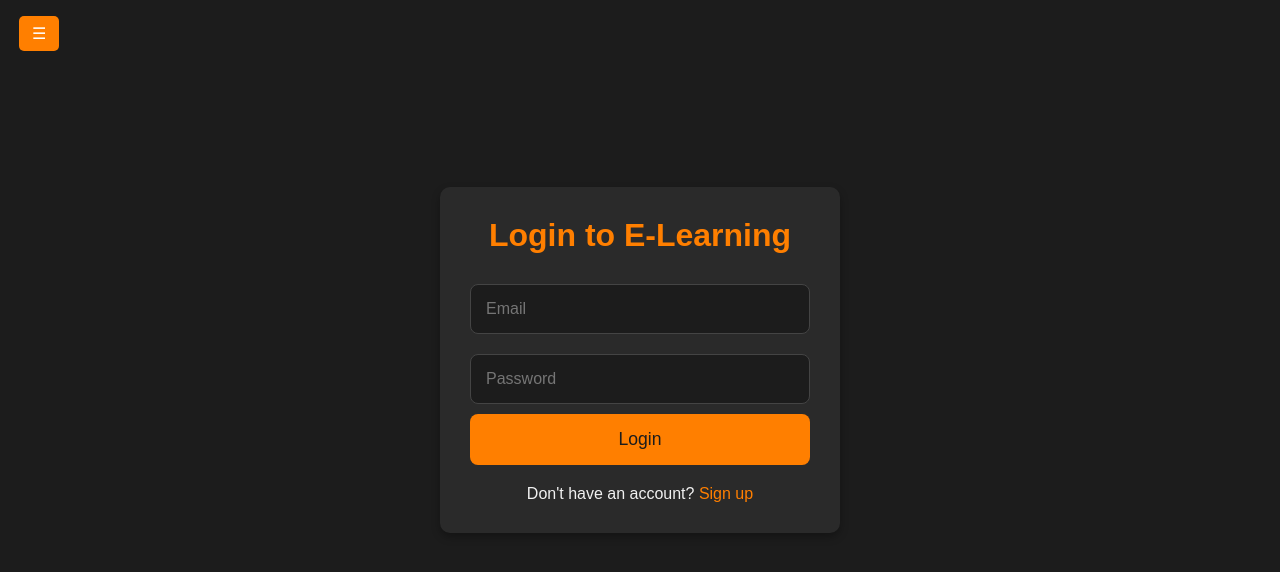
Repository: Syed1818/project
Page: login.html
An editor plug-in stored every save of this project. The page is shown before and after the next save, followed by the edit.
The browser window is 1280 px wide. The pictures show the whole page.

Above is the page before, as saved 2024-12-07 17:34:34.

### login.html
<!DOCTYPE html>
<html lang="en">
<head>
    <meta charset="UTF-8">
    <meta name="viewport" content="width=device-width, initial-scale=1.0">
    <title>Login - E-Learning Platform</title>
    <style>
        * {
            margin: 0;
            padding: 0;
            box-sizing: border-box;
        }

        body {
            font-family: 'Arial', sans-serif;
            background: #1c1c1c; /* Black background */
            display: flex;
            justify-content: center;
            align-items: center;
            height: 100vh;
            color: #f1f1f1;
            position: relative; /* Added for positioning sidebar */
        }

        .login-container {
            background: #2a2a2a; /* Dark gray background */
            padding: 30px;
            width: 400px;
            border-radius: 10px;
            box-shadow: 0 4px 8px rgba(0, 0, 0, 0.3);
            text-align: center;
            z-index: 1; /* Ensure the login container is above the sidebar */
        }

        h2 {
            margin-bottom: 20px;
            font-size: 2rem;
            color: #ff7f00; /* Orange color */
        }

        input[type="text"], input[type="password"] {
            width: 100%;
            padding: 15px;
            margin: 10px 0;
            border: 1px solid #444;
            border-radius: 8px;
            font-size: 1rem;
            background-color: #1c1c1c; /* Dark input background */
            color: #f1f1f1; /* Light text color */
            transition: all 0.3s ease;
        }

        input[type="text"]:focus, input[type="password"]:focus {
            border-color: #ff7f00; /* Orange color on focus */
            outline: none;
            box-shadow: 0 0 5px rgba(255, 127, 0, 0.5);
        }

        button {
            width: 100%;
            padding: 15px;
            background-color: #ff7f00; /* Orange background */
            color: #1c1c1c; /* Black text */
            border: none;
            border-radius: 8px;
            font-size: 1.1rem;
            cursor: pointer;
            transition: background-color 0.3s ease;
        }

        button:hover {
            background-color: #e56d00; /* Darker orange */
        }

        .form-footer {
            margin-top: 20px;
        }

        .form-footer a {
            color: #ff7f00; /* Orange link color */
            text-decoration: none;
            font-size: 1rem;
        }

        .form-footer a:hover {
            text-decoration: underline;
        }

        /* Sidebar Styling */
        .sidebar {
            width: 200px;
            height: 100vh;
            background-color: #333;
            color: white;
            position: absolute;
            top: 0;
            left: 0;
            display: flex;
            flex-direction: column;
            justify-content: start;
            padding-top: 3.3rem;
            transform: translateX(-100%);
            transition: transform 0.3s ease;
            z-index: 2; /* Ensure sidebar is above the background */
        }

        .sidebar.visible {
            transform: translateX(0);
        }

        .sidebar ul {
            list-style: none;
            width: 100%;
        }

        .sidebar ul li {
            width: 100%;
        }

        .sidebar ul li a {
            display: block;
            padding: 1rem 1.5rem;
            color: white;
            text-decoration: none;
            font-size: 1.2rem;
            text-transform: uppercase;
            transition: all 0.3s ease;
        }

        .sidebar ul li a:hover {
            background-color: #ff7f00; /* Orange hover */
            color: white;
            transform: translateX(5px);
        }

        /* Toggle Button */
        .toggle-btn {
            position: absolute;
            width: 40px;
            top: 1rem;
            left: 1.2rem;
            background-color: #ff7f00; /* Orange button */
            color: white;
            border: none;
            border-radius: 5px;
            padding: 0.5rem 0.5rem;
            font-size: 1rem;
            cursor: pointer;
            z-index: 10; /* Ensure the toggle button is above everything */
        }

        .toggle-btn:hover {
            background-color: #e56d00; /* Darker orange */
        }

        /* Add animation for the form */
        @keyframes fadeIn {
            from {
                opacity: 0;
                transform: translateY(-20px);
            }
            to {
                opacity: 1;
                transform: translateY(0);
            }
        }

        .login-container {
            animation: fadeIn 1s ease-in;
        }
    </style>
</head>
<body>

    <button class="toggle-btn" onclick="toggleSidebar()">☰</button>
    <div class="sidebar" id="sidebar">
        <ul>
            <li><a href="login.html">Login</a></li>
            <li><a href="register.html">Register</a></li>
            <li><a href="about.html">About</a></li>
        </ul>
    </div>

    <div class="login-container">
        <h2>Login to E-Learning</h2>
        <form action="login.php" method="POST">
            <input type="text" name="email" placeholder="Email" required>
            <input type="password" name="password" placeholder="Password" required>
            <button type="submit">Login</button>
        </form>
        <div class="form-footer">
            <p>Don't have an account? <a href="register.html">Sign up</a></p>
        </div>
    </div>

    <script>
        function toggleSidebar() {
            const sidebar = document.getElementById('sidebar');
            sidebar.classList.toggle('visible');
        }
    </script>

</body>
</html>

After the next save:
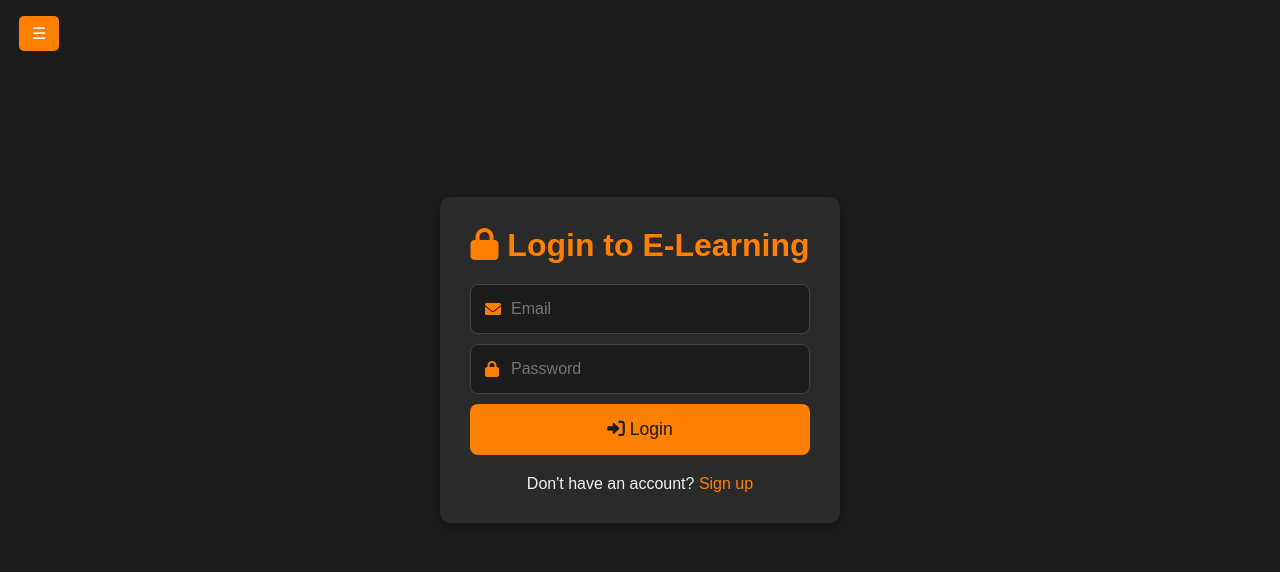
Saved 84 s later.
--- a/login.html
+++ b/login.html
@@ -4,6 +4,8 @@
     <meta charset="UTF-8">
     <meta name="viewport" content="width=device-width, initial-scale=1.0">
     <title>Login - E-Learning Platform</title>
+    <!-- Font Awesome for Icons -->
+    <link rel="stylesheet" href="https://cdnjs.cloudflare.com/ajax/libs/font-awesome/6.0.0-beta3/css/all.min.css">
     <style>
         * {
             margin: 0;
@@ -19,7 +21,7 @@
             align-items: center;
             height: 100vh;
             color: #f1f1f1;
-            position: relative; /* Added for positioning sidebar */
+            position: relative;
         }
 
         .login-container {
@@ -38,10 +40,14 @@
             color: #ff7f00; /* Orange color */
         }
 
-        input[type="text"], input[type="password"] {
-            width: 100%;
-            padding: 15px;
+        .input-container {
+            position: relative;
             margin: 10px 0;
+        }
+
+        .input-container input {
+            width: 100%;
+            padding: 15px 40px; /* Add space for icon */
             border: 1px solid #444;
             border-radius: 8px;
             font-size: 1rem;
@@ -50,10 +56,18 @@
             transition: all 0.3s ease;
         }
 
-        input[type="text"]:focus, input[type="password"]:focus {
+        .input-container input:focus {
             border-color: #ff7f00; /* Orange color on focus */
             outline: none;
             box-shadow: 0 0 5px rgba(255, 127, 0, 0.5);
+        }
+
+        .input-container i {
+            position: absolute;
+            top: 50%;
+            left: 15px;
+            transform: translateY(-50%);
+            color: #ff7f00; /* Icon color */
         }
 
         button {
@@ -133,6 +147,10 @@
             transform: translateX(5px);
         }
 
+        .sidebar ul li i {
+            margin-right: 10px;
+        }
+
         /* Toggle Button */
         .toggle-btn {
             position: absolute;
@@ -175,18 +193,24 @@
     <button class="toggle-btn" onclick="toggleSidebar()">☰</button>
     <div class="sidebar" id="sidebar">
         <ul>
-            <li><a href="login.html">Login</a></li>
-            <li><a href="register.html">Register</a></li>
-            <li><a href="about.html">About</a></li>
+            <li><a href="login.html"><i class="fas fa-sign-in-alt"></i>Login</a></li>
+            <li><a href="register.html"><i class="fas fa-user-plus"></i>Register</a></li>
+            <li><a href="about.html"><i class="fas fa-info-circle"></i>About</a></li>
         </ul>
     </div>
 
     <div class="login-container">
-        <h2>Login to E-Learning</h2>
+        <h2><i class="fas fa-lock"></i> Login to E-Learning</h2>
         <form action="login.php" method="POST">
-            <input type="text" name="email" placeholder="Email" required>
-            <input type="password" name="password" placeholder="Password" required>
-            <button type="submit">Login</button>
+            <div class="input-container">
+                <i class="fas fa-envelope"></i>
+                <input type="text" name="email" placeholder="Email" required>
+            </div>
+            <div class="input-container">
+                <i class="fas fa-lock"></i>
+                <input type="password" name="password" placeholder="Password" required>
+            </div>
+            <button type="submit"><i class="fas fa-sign-in-alt"></i> Login</button>
         </form>
         <div class="form-footer">
             <p>Don't have an account? <a href="register.html">Sign up</a></p>
